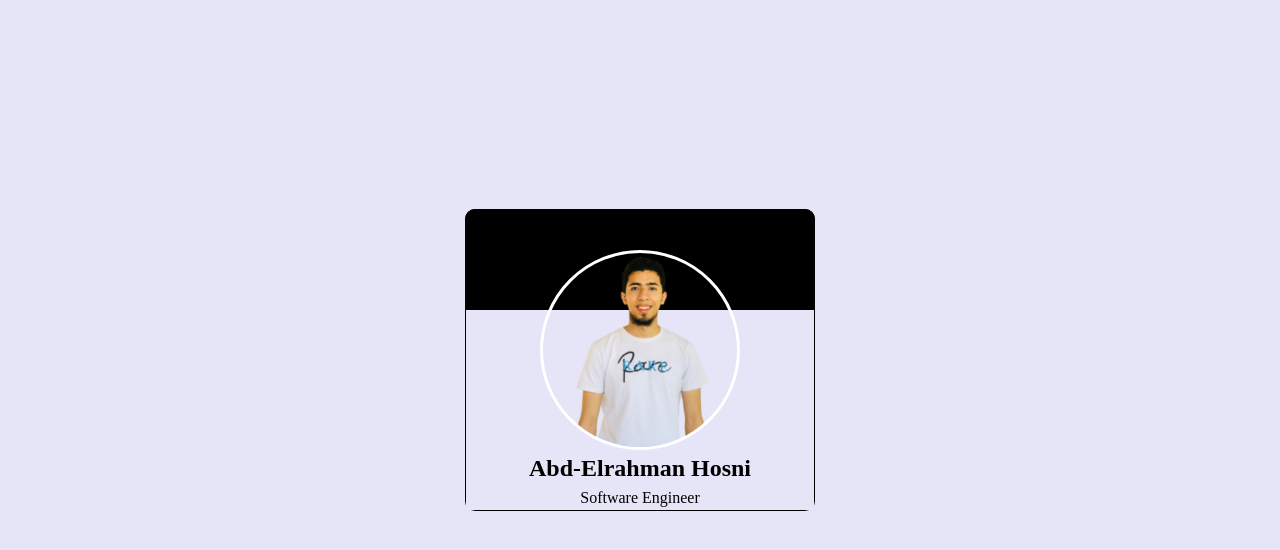
Repository: Abdo-Hosni123/Html-and-css-projects
Page: index.html
These files come from the project's save history. The page is drawn as it stood at one moment and after the next save; the edit follows.
The browser window is 1280 px wide. The pictures show the whole page.

Above is the page before, as saved 2023-12-05 22:20:03.

After the next save:
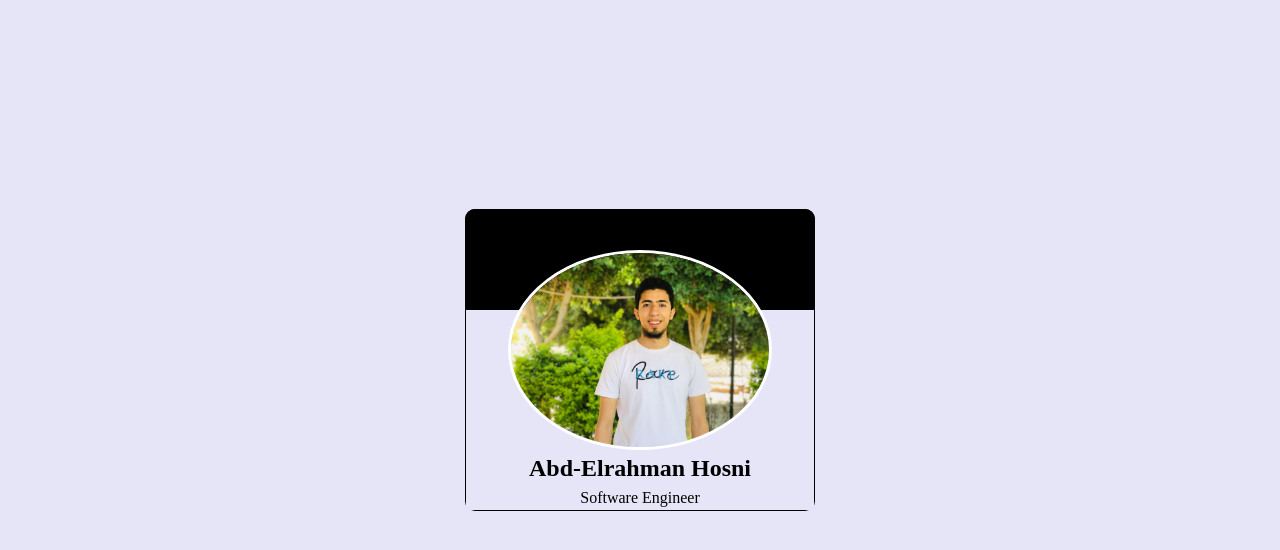
Saved 4 min 50 s later.
--- a/index.html
+++ b/index.html
@@ -11,7 +11,7 @@
         <article class="card">
             <div class="top"></div>
             <div class="middle">
-                <img src="./assets/mypicture.webp" alt="picture of Abdelrahman Hosni" class="card-img">
+                <img src="./assets/mypicture.jpg" alt="picture of Abdelrahman Hosni" class="card-img">
                 <h2>Abd-Elrahman Hosni</h2>
                 <p>Software Engineer</p>
             </div>
